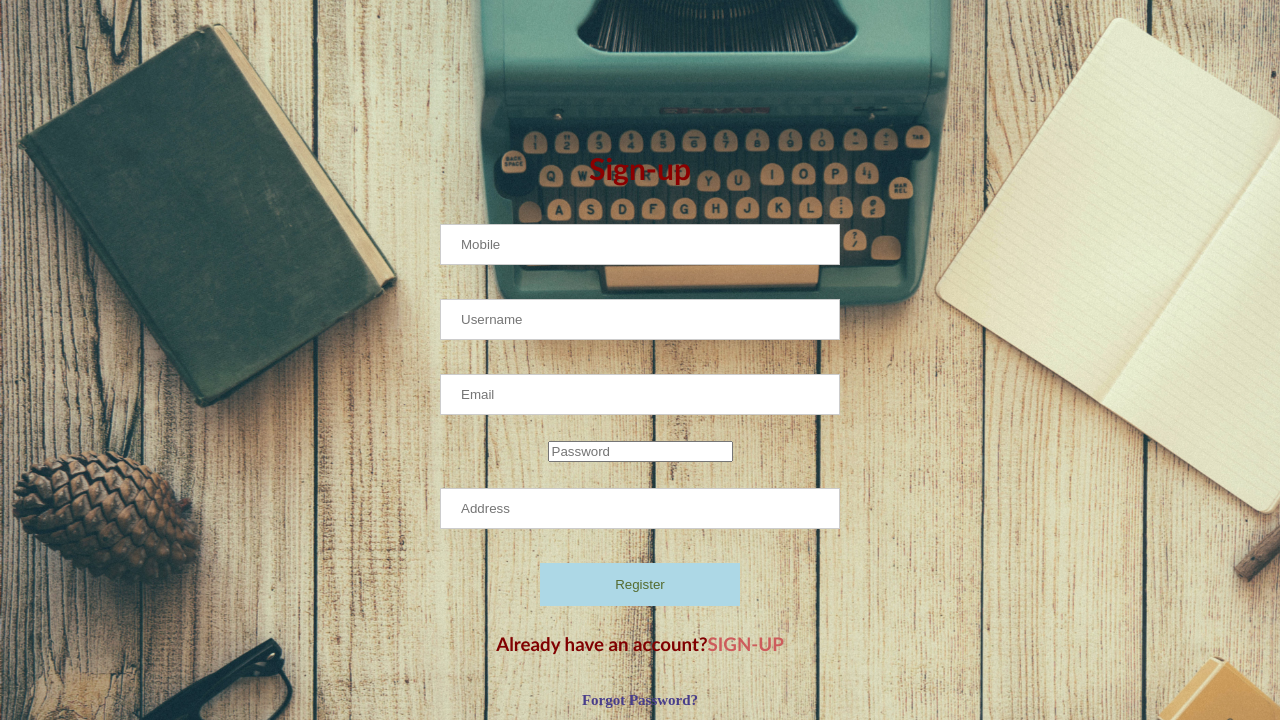
Repository: NAYAN9534/vehicle-booking-system
Page: http://localhost/minor/userlogin.jsp
These files come from the project's save history. The page is drawn as it stood at one moment and after the next save; the edit follows.
The browser window is 1280 px wide. The pictures show the whole page.
The page is served by Tomcat 9.

Above is the page before, as saved 2017-05-25 07:51:37.

### minor/WebContent/userlogin.jsp
<!DOCTYPE html>
<html>
<head>
	<title>Sign-up</title>
	<link rel="icon"type="image" href="Logo.jpg"/>   <!--fav icon tag-->
</head>
<style type="text/css">

.regbtn
{
  padding: 14px 20px;
  background-color: lightblue;

}
button .regbtn: hover
{
	box-shadow: 10px 10px 5px #;
}
button
{

    color:  #556B2F;
    padding: 14px 20px;
    margin: 8px 0;
    border: none;
    cursor: pointer;
    width:200px;
    transition-duration: 0.4s;
}
input[type=text], input[type=text]
{
    width: 400px;
    padding: 12px 20px;
    margin: 8px 0;
    display: inline-block;
    border: 1px solid #ccc;
    box-sizing: border-box;
}
#signup p
{
font-family: calibri;
font-size: 30px;
color:  #8B0000;
}
body {
    background-image: url("68516858-notepad-wallpapers.jpeg");
    background-size: 1366px auto;
}
#signup
{
    margin-top: 150px;
}

#signup a
{
    text-decoration: none;
    color:      #CD5C5C;
}
#signup .forgot
{
    color:  #483D8B;
    font-size: 15px;
}
</style>
<body>


<div id="signup">
<center>
<p><b>Sign-up</b></p>

<form id="frm_Newjoin" method="post" action="userloginconn.jsp">
	<input type="text" name="mob" id="username" placeholder="Mobile"/><br><br>
	<input type="text" name="name" id="cn_pswd" placeholder="Username"/><br><br>
	<input type="text" name="email_Id" id="email" placeholder="Email"/><br><br>
    <input type="password" name="password" id="pswd" placeholder="Password"/><br><br>
    <input type="text" name="address" id="cn_pswd" placeholder="Address"/><br><br>




	<button type="button" onclick="document.getElementById('id01').style.display='none'" class="regbtn">Register</button>

</form>

 <h3 style="color:maroon; font-family:calibri;">Already have an account?<a href="userlogin.jsp"><span>SIGN-UP</span></a></h3>
 <br><a class="forgot" href=""><b>Forgot Password?</b></a>
</center>

</div>







</body>
</html>

After the next save:
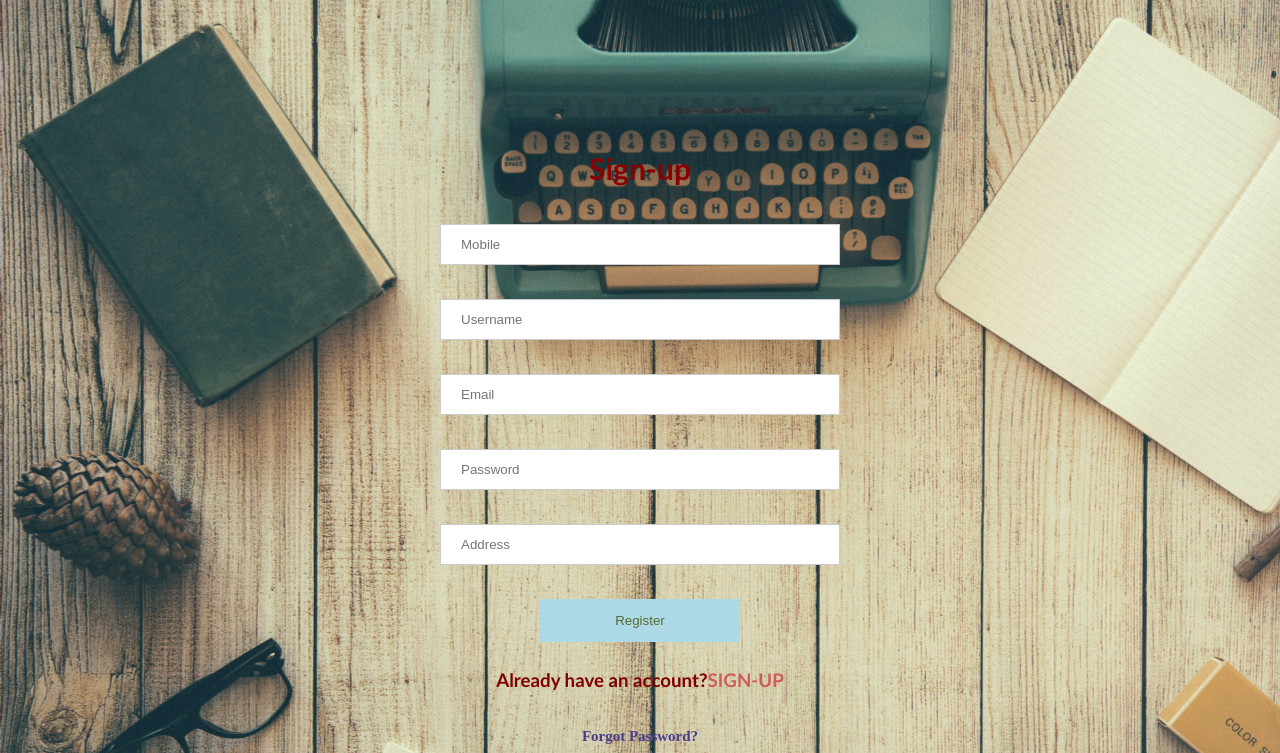
Saved 38 s later.
--- a/minor/WebContent/userlogin.jsp
+++ b/minor/WebContent/userlogin.jsp
@@ -27,7 +27,7 @@ button
     width:200px;
     transition-duration: 0.4s;
 }
-input[type=text], input[type=text]
+input[type=text], input[type=password]
 {
     width: 400px;
     padding: 12px 20px;
